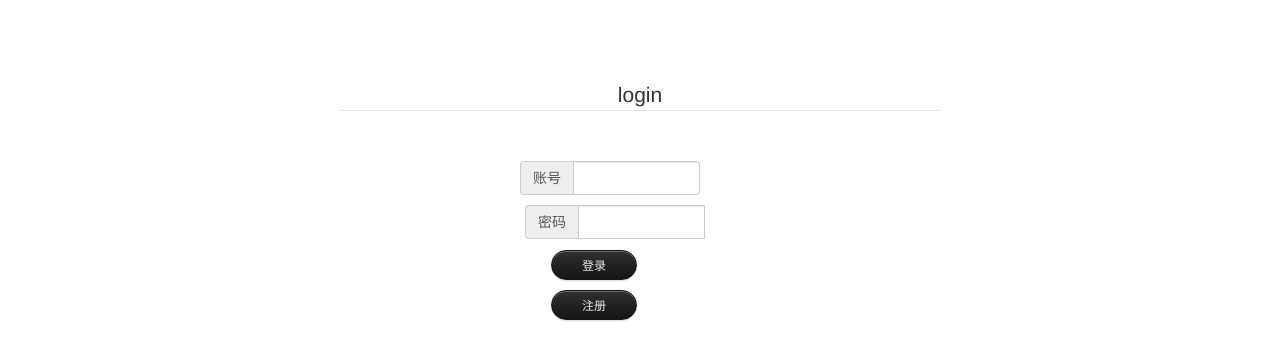
Repository: silzx/learning
Page: http://localhost/MyBatis/
These files come from the project's save history. The page is drawn as it stood at one moment and after the next save; the edit follows.
The browser window is 1280 px wide. The pictures show the whole page.
The page is served by Tomcat 9. Other server files are loaded and not shown.

Above is the page before, as saved 2017-11-13 02:30:36.
Console error (its wording comes from the project's code and is left out).

### MyBatis/WebContent/index.jsp
<%@page import="java.net.URLDecoder"%>
<%@ page language="java" import="java.util.*" pageEncoding="UTF-8"%>
<%
String path = request.getContextPath();
String basePath = request.getScheme()+"://"+request.getServerName()+":"+request.getServerPort()+path+"/";
%>

<!DOCTYPE HTML PUBLIC "-//W3C//DTD HTML 4.01 Transitional//EN">
<html>
  <head>
    <base href="<%=basePath%>">
    <link rel="stylesheet" type="text/css" href="bootstrap-3.3.7-dist/css/bootstrap.min.css">
    <link rel="stylesheet" type="text/css" href="buttons/buttons.css">
    <title>My JSP 'index.jsp' starting page</title>
	<meta http-equiv="pragma" content="no-cache">
	<meta http-equiv="cache-control" content="no-cache">
	<meta http-equiv="expires" content="0">
	<meta http-equiv="keywords" content="keyword1,keyword2,keyword3">
	<meta http-equiv="description" content="This is my page">
	<!--
	<link rel="stylesheet" type="text/css" href="styles.css">
	-->
	<style type="text/css">
		button[name='login']{position: fixed;right: 643px;top: 250px}
		button[name='reg']{position: fixed;right: 643px;top: 290px}
		#reset{position: relative;right: 30px}
		#pad{position: relative;right: 25px;}
	</style>
  </head>
  <script type="text/javascript">
  function reset(){
		document.getElementById("error").style.visibility="hidden";
		$("input[name='name']").val("");
		$("input[name='pwd']").val("");
	}
  </script>
   	<%
   		String name="";
   		String pwd="";
   		Cookie[] cs=request.getCookies();
  		if(cs!=null){
  			for(Cookie c:cs){
  					if("nameC".equals(c.getName())){
  	  					name=c.getValue();
  	  					name=URLDecoder.decode(name, "utf-8");
  	  				}
  	  				if("pwdC".equals(c.getName())){
  	  					pwd=c.getValue();
  	  				}
  			}
  		}String errorinfo="";
  		if(session.getAttribute("error")!=null){%>
<!--   			errorinfo=(String)session.getAttribute("error"); -->
			<script type="text/javascript">
				function display(){
					document.getElementById("error").style.visibility="visible";
				}
				window.onload=display;
			</script>
  		<%}
   		%>
  <body>
  <script type="text/javascript" src="jquery1.8/jquery-1.8.0.min.js"></script>
  <script src="bootstrap-3.3.7-dist/js/bootstrap.min.js"></script>
		<center>
		<br><br><br><br>
		<fieldset style="width: 600px"><legend>login</legend>
				<form action="<%=basePath%>UserAction/userLogin.action" method="post">
				<span style="color: red; visibility: hidden;" id="error" >账号或者密码错误</span><p>
				<div id="reset" class="input-group" style="width: 30%">
					<span class="input-group-addon">账号</span>
					<input type="text" name="u.name" class="form-control" value="<%=name %>">
				</div>
				<p/>
				<div id="pad" class="input-group " style="width: 30%">
					<span class="input-group-addon">密码</span>
					<input type="password" name="u.pwd" class="form-control" ><p><br/>
				</div>
				<button class="button button-raised button-pill button-inverse button-small" name="login" type="submit">登录</button>
				<button class="button button-raised button-pill button-inverse button-small" name="reg" onclick="window.location.href='reg.jsp'">注册</button>
				</form>
		</fieldset>
	</center>
	<%
  		session.removeAttribute("error");
  	%>
  </body>
</html>

Loaded but not shown: MyBatis/WebContent/bootstrap-3.3.7-dist/css/bootstrap.min.css (library); MyBatis/WebContent/jquery1.8/jquery-1.8.0.min.js (library); MyBatis/WebContent/bootstrap-3.3.7-dist/js/bootstrap.min.js (library); MyBatis/WebContent/buttons/buttons.css (1492 lines, source omitted)

After the next save:
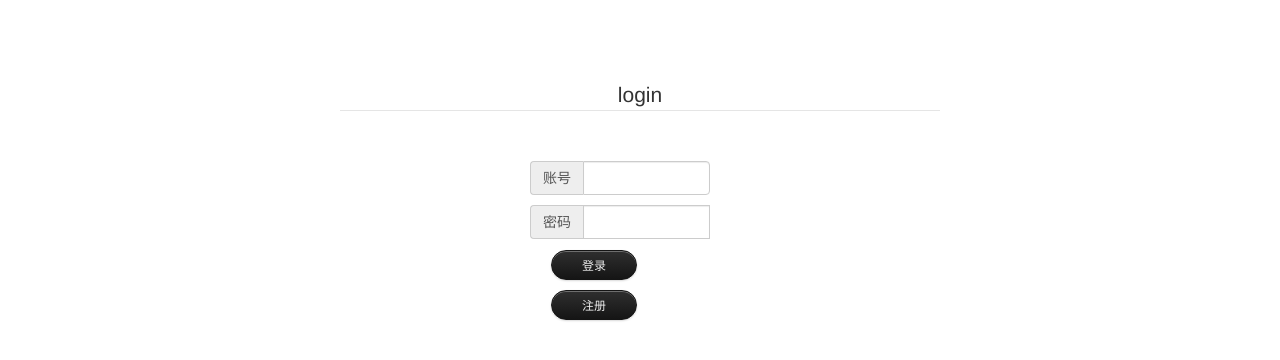
Saved 16 s later.
--- a/MyBatis/WebContent/index.jsp
+++ b/MyBatis/WebContent/index.jsp
@@ -23,8 +23,8 @@ String basePath = request.getScheme()+"://"+request.getServerName()+":"+request.
 	<style type="text/css">
 		button[name='login']{position: fixed;right: 643px;top: 250px}
 		button[name='reg']{position: fixed;right: 643px;top: 290px}
-		#reset{position: relative;right: 30px}
-		#pad{position: relative;right: 25px;}
+		#reset{position: relative;right: 20px}
+		#pad{position: relative;right: 20px;}
 	</style>
   </head>
   <script type="text/javascript">
